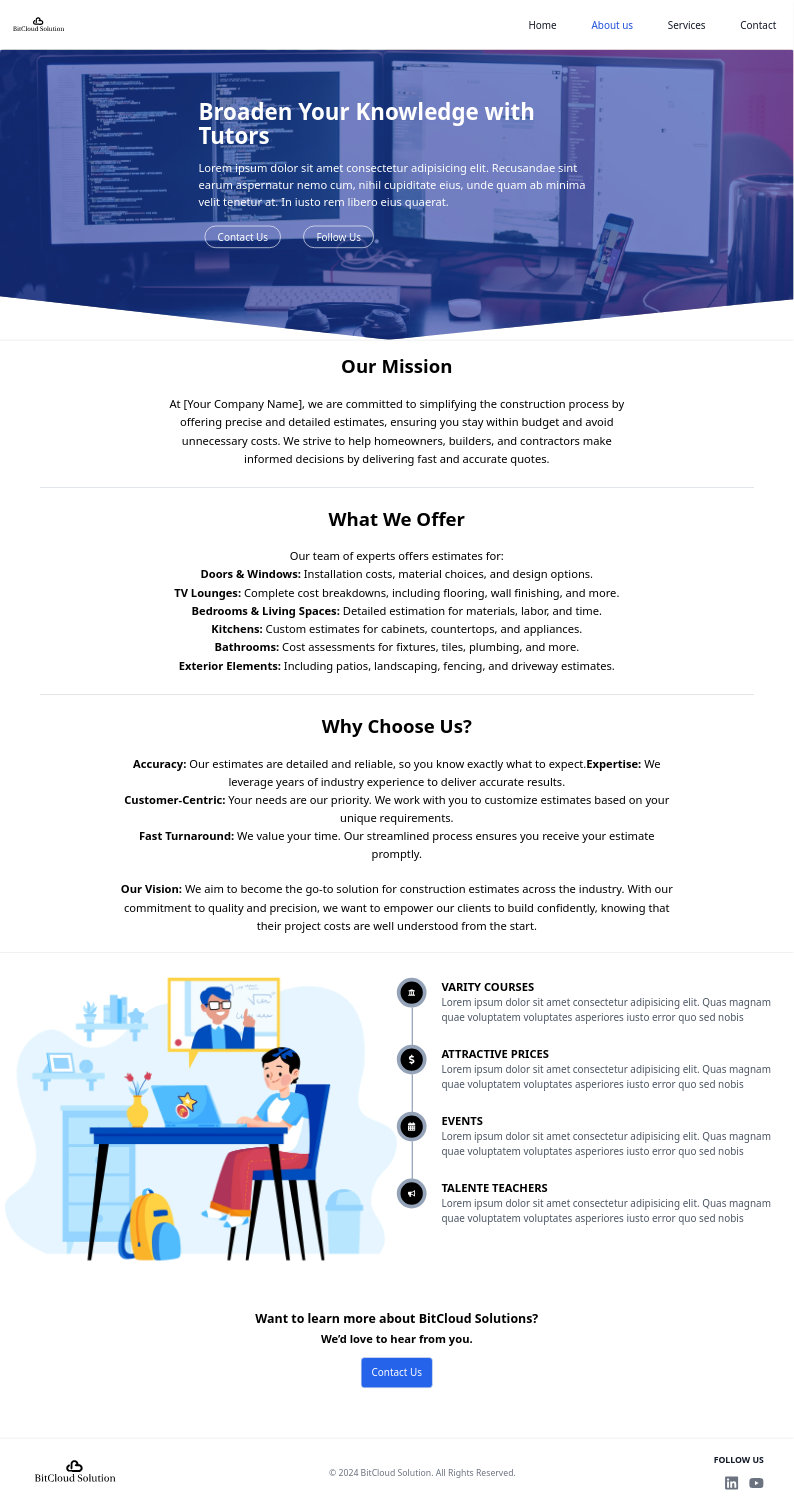
Repository: huzaifaBitCloud/BitCloud-website
Page: /about-us
The author's editor kept a copy of each file at every save. The page is drawn from the files as they stood at one save, then again after the next save.
The browser window is 1280 px wide. The pictures show the whole page, at 62% of full size.
The project was rebuilt for these pictures with package versions that can differ from the ones it lists, and the page was loaded fresh each time. The framework's server and built-in components were replaced by stand-ins that run in the browser. Also part of the build but not shown: next.config.mjs.

Above is the page before, as saved 2025-01-14 12:20:00.

### src/app/about-us/page.tsx
import Layout from "@/components/Layout";
import About from "@/components/About";

const AboutPage = () => {
  return (
    <Layout>
      <About />
    </Layout>
  );
};

export default AboutPage;

### src/app/globals.css
@tailwind base;
@tailwind components;
@tailwind utilities;

.custom-cards-ourClient {
  box-shadow: 0px -10px 10px 2px rgba(221, 223, 226, 1);
  border-radius: 15px;
  background: linear-gradient(180deg, #e9f2e4 0%, #f5f7fa 90%);
}
.custom-card-2-achievements {
  box-shadow: 0px -10px 10px 2px rgba(221, 223, 226, 1);
  border-radius: 15px;
  background: linear-gradient(180deg, #f4d9d0 0%, #f5f7fa 90%);
}
.custom-card-3-achievements {
  box-shadow: 0px -10px 10px 2px rgba(221, 223, 226, 1);
  border-radius: 15px;
  background: linear-gradient(180deg, #e7ebf0, #f5f7fa 90%);
}

:root {
  /* --color-primary: #e9f2e4;
    --color-secondary: #f5f7fa;
*/
  --h-100vh: 100vh;
}

/* ABout CSS */

.btn-about {
  display: inline-block;
  margin: 0 0.625rem;
  padding: 0.3125rem 1.25rem;
  border-radius: 1.25rem;
  background: transparent;
  border: solid 0.0625rem #fff;
  position: relative;
  z-index: 9;
}
.main-hero-about {
  clip-path: polygon(
    50% 0%,
    100% 0,
    100% 35%,
    100% 86%,
    49% 100%,
    0 85%,
    0% 35%,
    0 0
  );
}

/* Services */

.zoomIn {
  -webkit-animation-name: zoomIn;
  animation-name: zoomIn;
  -webkit-animation-duration: 1s;
  animation-duration: 1s;
  -webkit-animation-fill-mode: both;
  animation-fill-mode: both;
}
@-webkit-keyframes zoomIn {
  0% {
    opacity: 0;
    -webkit-transform: scale3d(0.3, 0.3, 0.3);
    transform: scale3d(0.3, 0.3, 0.3);
  }
  50% {
    opacity: 1;
  }
}
@keyframes zoomIn {
  0% {
    opacity: 0;
    -webkit-transform: scale3d(0.3, 0.3, 0.3);
    transform: scale3d(0.3, 0.3, 0.3);
  }
  50% {
    opacity: 1;
  }
}

.card-services {
  border-top: 10px solid transparent;
  transition: border-top-color 0.4s, box-shadow 0.4s;
}

.card-services:hover {
  border-top-color: #2563eb;
  box-shadow: 0px 0px 5px rgba(0, 0, 0, 0.75);
}


@media only screen and (max-width: 760px) {
  .main-hero-about {
    clip-path: polygon(
      50% 0%,
      100% 0,
      100% 35%,
      100% 92%,
      49% 100%,
      0 92%,
      0% 35%,
      0 0
    );
  }
  .main-hero-about {
    height: var(--h-100vh) !important;
  }
  .sub-hero-about {
    text-align: center !important;
    margin: 0 auto !important;
  }
  .mob-btn-about {
    justify-content: center;
  }
  .mob-nav-style{
    position: absolute;
    top: 76%;
    left: 0;
  }
}

### src/components/Layout.tsx
import React from "react";
import { ReactNode } from "react";

import { Navbar } from "./Navbar";
import Footer from "./Footer";

interface LayoutProps {
  children: ReactNode;
}

const Layout = ({children}: LayoutProps) => {
  return (
    <div>
      <Navbar />
      <div className="">{children}</div>
      <Footer />
    </div>
  );
};

export default Layout;

### src/components/About.tsx
"use client";
import { useRouter } from "next/navigation";
import React from "react";
import WhyChooseUs from "./WhyChooseUs";

const About = () => {
  const router = useRouter();

  return (
    <section id="about" className=" w-[100%] mx-auto mb-6">
      {/* HEADINGS */}
      <div
        className="relative text-white text-center py-20 rounded-md bg-cover bg-center lg:h-[65vh] md:h-[70vh] main-hero-about"
        style={{
          backgroundImage: "url('/images/web-developer.jpg')",
        }}
      >
        {/* Overlay */}
        <div className="absolute inset-0 bg-blue-800 bg-opacity-60"></div>

        {/* Content */}
        <div className="relative z-10 sm:w-[100%] md:w-[80%] lg:w-[50%] mx-auto text-left sub-hero-about">
          <h2 className="text-4xl font-bold mb-4">
            Broaden Your Knowledge with Tutors
          </h2>
          <p className="mb-6 text-lg">
            Lorem ipsum dolor sit amet consectetur adipisicing elit. Recusandae
            sint earum aspernatur nemo cum, nihil cupiditate eius, unde quam ab
            minima velit tenetur at. In iusto rem libero eius quaerat.
          </p>
          <div className="flex mob-btn-about gap-4">
            <button
              className="btn-about border border-white px-6 py-2 rounded-md hover:bg-white hover:text-blue-800 transition"
              onClick={() => router.push("/contact")}
            >
              Contact Us
            </button>
            <button
              className="btn-about border border-white px-6 py-2 rounded-md hover:bg-white hover:text-blue-800 transition"
              onClick={() =>
                router.push(
                  "https://www.linkedin.com/company/bitcloud-solution-software/"
                )
              }
            >
              Follow Us
            </button>
          </div>
        </div>
      </div>
      <hr />

      {/* <div className="mt-5 px-2">
        <h2 className="text-3xl font-bold my-6">Our Mission</h2>
        <p className="my-7">
          At [Your Company Name], we are committed to simplifying the
          construction process by offering precise and detailed estimates,
          ensuring you stay within budget and avoid unnecessary costs. We strive
          to help homeowners, builders, and contractors make informed decisions
          by delivering fast and accurate quotes.
        </p>

        <hr />
        <h2 className="text-3xl font-bold text-left my-6">What We Offer</h2>
        <p className="my-7">
          Our team of experts offers estimates for: Doors & Windows:
          Installation costs, material choices, and design options. TV Lounges:
          Complete cost breakdowns, including flooring, wall finishing, and
          more. Bedrooms & Living Spaces: Detailed estimation for materials,
          labor, and time. Kitchens: Custom estimates for cabinets, countertops,
          and appliances. Bathrooms: Cost assessments for fixtures, tiles,
          plumbing, and more. Exterior Elements: Including patios, landscaping,
          fencing, and driveway estimates.
        </p>
        <hr />
        <h2 className="text-3xl font-bold ">Why Choose Us?</h2>
        <p className="my-7 w-[85%]">
          Accuracy: Our estimates are detailed and reliable, so you know exactly
          what to expect. Expertise: We leverage years of industry experience to
          deliver accurate results. Customer-Centric: Your needs are our
          priority. We work with you to customize estimates based on your unique
          requirements. Fast Turnaround: We value your time. Our streamlined
          process ensures you receive your estimate promptly. Our Vision We aim
          to become the go-to solution for construction estimates across the
          industry. With our commitment to quality and precision, we want to
          empower our clients to build confidently, knowing that their project
          costs are well understood from the start.
        </p>
      </div> */}

      <div className="mt-5 px-4 sm:px-6 md:px-10 lg:px-16">
        {/* Our Mission */}
        <div className="text-center">
          <h2 className="text-3xl font-bold my-6">Our Mission</h2>
          <p className="my-7 text-lg leading-relaxed max-w-3xl mx-auto">
            At [Your Company Name], we are committed to simplifying the
            construction process by offering precise and detailed estimates,
            ensuring you stay within budget and avoid unnecessary costs. We
            strive to help homeowners, builders, and contractors make informed
            decisions by delivering fast and accurate quotes.
          </p>
        </div>

        <hr className="my-8 border-gray-300" />

        {/* What We Offer */}
        <div className="text-center">
          <h2 className="text-3xl font-bold my-6">What We Offer</h2>
          <p className="my-7 text-lg leading-relaxed max-w-3xl mx-auto ">
            Our team of experts offers estimates for:
            <br />
            <strong>Doors & Windows:</strong> Installation costs, material
            choices, and design options.
            <br />
            <strong>TV Lounges:</strong> Complete cost breakdowns, including
            flooring, wall finishing, and more.
            <br />
            <strong>Bedrooms & Living Spaces:</strong> Detailed estimation for
            materials, labor, and time.
            <br />
            <strong>Kitchens:</strong> Custom estimates for cabinets,
            countertops, and appliances.
            <br />
            <strong>Bathrooms:</strong> Cost assessments for fixtures, tiles,
            plumbing, and more.
            <br />
            <strong>Exterior Elements:</strong> Including patios, landscaping,
            fencing, and driveway estimates.
          </p>
        </div>

        <hr className="my-8 border-gray-300" />

        {/* Why Choose Us */}
        <div className="text-center">
          <h2 className="text-3xl font-bold my-6">Why Choose Us?</h2>
          <p className="my-7 text-lg leading-relaxed max-w-4xl mx-auto">
            <strong>Accuracy:</strong> Our estimates are detailed and reliable,
            so you know exactly what to expect.
            {/* <br /> */}
            <strong>Expertise:</strong> We leverage years of industry experience
            to deliver accurate results.
            <br />
            <strong>Customer-Centric:</strong> Your needs are our priority. We
            work with you to customize estimates based on your unique
            requirements.
            <br />
            <strong>Fast Turnaround:</strong> We value your time. Our
            streamlined process ensures you receive your estimate promptly.
          </p>
          <p className="my-7 text-lg leading-relaxed max-w-4xl mx-auto">
            <strong>Our Vision:</strong> We aim to become the go-to solution for
            construction estimates across the industry. With our commitment to
            quality and precision, we want to empower our clients to build
            confidently, knowing that their project costs are well understood
            from the start.
          </p>
        </div>
      </div>

      <hr />
      <div className="my-10 ">
        <WhyChooseUs />
      </div>
      <div className="text-center my-20">
        <h3 className="text-xl font-bold">
          Want to learn more about BitCloud Solutions?
        </h3>
        <p className="text-lg font-semibold mt-1">
          We’d love to hear from you.
        </p>
        <button
          className="border bg-blue-600 px-4 py-3 rounded-md text-white hover:bg-blue-700 mt-4"
          onClick={() => router.push("/contact")}
        >
          Contact Us
        </button>
      </div>
    </section>
  );
};

export default About;

### src/components/Navbar.tsx
"use client";
import Image from "next/image";
import Link from "next/link";
import { usePathname } from "next/navigation";
import React, { useState } from "react";

export const Navbar = () => {
  const [menu, setMenu] = useState(false);
  const [servicesDropdown, setServicesDropdown] = useState(false);
  const pathname = usePathname();

  const links = [
    { href: "/", label: "Home" },
    { href: "/about-us", label: "About us" },
    { label: "Services", dropdown: true },
    { href: "/contact", label: "Contact" },
  ];

  const servicesLinks = [
    { href: "/web-development", label: "Web Development" },
    { href: "/mob-development", label: "Mobile Development" },
    { href: "/services/service3", label: "UI/UX Design" },
    { href: "/zoho-crm", label: "Zoho CRM" },
    { href: "/finance-account", label: "Finances & Accounting" },
  ];

  const isActive = (href) => pathname === href;

  return (
    <nav className="border-gray-200 bg-white shadow-md dark:bg-gray-900 dark:border-gray-700">
      <div className="max-w-screen-xl flex flex-wrap items-center justify-between mx-auto p-4 relative">
        <Link href="/" passHref>
          <div className="relative w-24 h-12 cursor-pointer flex items-center space-x-3">
            <Image
              src="/images/logo.svg"
              alt="BitCloud Logo"
              fill
              sizes="(max-width: 768px) 100px, (max-width: 1200px) 50vw, 33vw"
              className="object-contain"
            />
          </div>
        </Link>

        <button
          type="button"
          data-collapse-toggle="navbar-dropdown"
          className="inline-flex items-center p-2 w-10 h-10 justify-center text-sm text-gray-500 rounded-lg md:hidden hover:bg-gray-100 dark:hover:bg-gray-700"
          aria-controls="navbar-dropdown"
          aria-expanded={menu}
          onClick={() => setMenu(!menu)}
        >
          <svg
            className="w-5 h-5"
            aria-hidden="true"
            xmlns="http://www.w3.org/2000/svg"
            fill="none"
            viewBox="0 0 17 14"
          >
            <path
              stroke="currentColor"
              strokeLinecap="round"
              strokeLinejoin="round"
              strokeWidth="2"
              d="M1 1h15M1 7h15M1 13h15"
            />
          </svg>
        </button>

        <div
          className={`${menu ? "block" : "hidden"} w-full md:block md:w-auto mob-nav-style`}
          id="navbar-dropdown"
        >
          <ul className="flex flex-col font-medium p-4 md:p-0 mt-4 border border-gray-100 rounded-lg bg-gray-50 md:flex-row md:space-x-8 md:mt-0 md:border-0 md:bg-white dark:bg-gray-800">
            {links.map(({ href, label, dropdown }) => (
             <li
             key={label}
             className="relative"
             onMouseEnter={dropdown ? () => setServicesDropdown(true) : null}
             onMouseLeave={dropdown ? () => setServicesDropdown(false) : null}
           >
             {dropdown ? (
               <span
                 className="block py-2 px-3 rounded cursor-pointer text-gray-900 dark:text-white"
               >
                 {label}
               </span>
             ) : (
               <Link href={href} passHref>
                 <span
                   className={`block py-2 px-3 rounded cursor-pointer ${
                     isActive(href)
                       ? "text-blue-700 dark:text-blue-500"
                       : "text-gray-900 dark:text-white"
                   }`}
                 >
                   {label}
                 </span>
               </Link>
             )}
             {dropdown && servicesDropdown && (
               <div className="z-50 absolute left-0 top-full w-48 bg-white border border-gray-200 shadow-lg rounded-lg">
                 <ul className="py-2 text-sm text-gray-700 dark:text-gray-400">
                   {servicesLinks.map(({ href, label }) => (
                     <li key={href}>
                       <Link href={href} passHref>
                         <span
                           onClick={() => setServicesDropdown(false)}
                           className="block px-4 py-2 hover:bg-gray-100 dark:hover:bg-gray-600 dark:hover:text-white"
                         >
                           {label}
                         </span>
                       </Link>
                     </li>
                   ))}
                 </ul>
               </div>
             )}
           </li>
            ))}
          </ul>
        </div>
      </div>
    </nav>
  );
};

export default Navbar;

### src/components/Footer.tsx
// import Link from "next/link";
// import { FaLinkedin, FaYoutube } from "react-icons/fa";

// const Footer = () => {
//   const currentYear = new Date().getFullYear(); // Get the current year dynamically

//   return (
//     <footer className="bg-white dark:bg-gray-900 border-t w-full">
//       <div className="container mx-auto px-4 py-6">
//         <div className="flex flex-col md:flex-row md:items-center md:justify-between">
//           {/* Logo Section */}
//           <div className="flex items-center mb-4 md:mb-0 py-6">
//             <img
//               src="/images/logo.svg"
//               alt="BitCloud Logo"
//               className="h-14 mr-3 md:ml-4"
//             />
//           </div>

//           {/* Rights Section */}
//           <div className="text-center mb-4 md:mb-0">
//             <span className="text-sm text-gray-500 dark:text-gray-400">
//               © {currentYear}{" "}
//               <Link
//                 href="https://bitcloudsolution.com/"
//                 className="hover:underline"
//               >
//                 BitCloud Solution
//               </Link>
//               . All Rights Reserved.
//             </span>
//           </div>

//           {/* Follow Us Section */}
//           <div className="flex flex-col items-center md:items-end">
//             <h2 className="mb-4 text-sm font-semibold text-gray-900 uppercase dark:text-white">
//               Follow Us
//             </h2>
//             <div className="flex space-x-4">
//               <Link
//                 href="https://www.linkedin.com/company/bitcloud-solution-software/"
//                 aria-label="LinkedIn"
//                 className="text-gray-500 hover:text-blue-600 dark:hover:text-blue-400"
//               >
//                 <FaLinkedin className="w-6 h-6" />
//               </Link>
//               <Link
//                 href="http://www.youtube.com/@BitCloudSolution"
//                 aria-label="YouTube"
//                 className="text-gray-500 hover:text-red-600 dark:hover:text-red-400"
//               >
//                 <FaYoutube className="w-6 h-6" />
//               </Link>
//             </div>
//           </div>
//         </div>
//       </div>
//     </footer>
//   );
// };

// export default Footer;

import Link from "next/link";
import { FaLinkedin, FaYoutube } from "react-icons/fa";

const Footer = () => {
  const currentYear = new Date().getFullYear(); // Get the current year dynamically

  return (
    <footer className="bg-white dark:bg-gray-900 border-t w-full">
      <div className="container mx-auto px-6 py-6">
        <div className="flex flex-col items-center md:flex-row md:justify-between">
          {/* Logo Section */}
          <div className="flex items-center mb-4 md:mb-0 md:ml-6">
            <Link href='/'>
            <img
              src="/images/logo.svg"
              alt="BitCloud Logo"
              className="h-14 mr-3"
            />
            </Link>
          </div>

          {/* Rights Section */}
          <div className="text-center mb-4 md:mb-0">
            <span className="text-sm text-gray-500 dark:text-gray-400">
              © {currentYear}{" "}
              <Link
                href="https://bitcloudsolution.com/"
                className="hover:underline"
              >
                BitCloud Solution
              </Link>
              . All Rights Reserved.
            </span>
          </div>

          {/* Follow Us Section */}
          <div className="flex flex-col items-center md:items-end md:mr-6">
            <h2 className="mb-4 text-sm font-semibold text-gray-900 uppercase dark:text-white">
              Follow Us
            </h2>
            <div className="flex space-x-4">
              <Link
                href="https://www.linkedin.com/company/bitcloud-solution-software/"
                aria-label="LinkedIn"
                className="text-gray-500 hover:text-blue-600 dark:hover:text-blue-400"
              >
                <FaLinkedin className="w-6 h-6" />
              </Link>
              <Link
                href="http://www.youtube.com/@BitCloudSolution"
                aria-label="YouTube"
                className="text-gray-500 hover:text-red-600 dark:hover:text-red-400"
              >
                <FaYoutube className="w-6 h-6" />
              </Link>
            </div>
          </div>
        </div>
      </div>
    </footer>
  );
};

export default Footer;

### src/components/WhyChooseUs.tsx
import React from "react";
import {
  FaUniversity,
  FaDollarSign,
  FaCalendarAlt,
  FaBullhorn,
} from "react-icons/fa";

const WhyChooseUs = () => {
  const steps = [
    {
      icon: <FaUniversity />,
      title: "VARITY COURSES",
      description:
        "Lorem ipsum dolor sit amet consectetur adipisicing elit. Quas magnam quae voluptatem voluptates asperiores iusto error quo sed nobis",
    },
    {
      icon: <FaDollarSign />,
      title: "ATTRACTIVE PRICES",
      description:
        "Lorem ipsum dolor sit amet consectetur adipisicing elit. Quas magnam quae voluptatem voluptates asperiores iusto error quo sed nobis",
    },
    {
      icon: <FaCalendarAlt />,
      title: "EVENTS",
      description:
        "Lorem ipsum dolor sit amet consectetur adipisicing elit. Quas magnam quae voluptatem voluptates asperiores iusto error quo sed nobis",
    },
    {
      icon: <FaBullhorn />,
      title: "TALENTE TEACHERS",
      description:
        "Lorem ipsum dolor sit amet consectetur adipisicing elit. Quas magnam quae voluptatem voluptates asperiores iusto error quo sed nobis",
    },
  ];

  return (
    <div className="w-[100%] mx-auto mt-6">

      <div className="grid lg:grid-cols-2 xs:grid-cols-1 mx-2">
        <div>
          <img src="/images/about-us.jpg" alt="About us" />
        </div>
        <div className="flex flex-col items-start mx-auto h-[100%]">
          {steps.map((step, index) => (
            <div key={index} className="flex items-start mb-8 relative">
              {/* Vertical Line */}
              {index !== steps.length - 1 && (
                <span className="absolute left-6 top-12 h-20 w-0.5 bg-slate-400"></span>
              )}

              {/* Icon in a circle */}
              <div className="flex justify-center items-center w-12 h-12 p-3 rounded-full bg-black text-white border-[6px] border-slate-400">
                {step.icon}
              </div>

              {/* Title and Description */}
              <div className="ml-6">
                <h3 className="text-lg font-bold">{step.title}</h3>
                <p className="text-gray-600">{step.description}</p>
              </div>
            </div>
          ))}
        </div>
      </div>
    </div>
  );
};

export default WhyChooseUs;

Loaded but not shown: src/app/layout.tsx (common file); tailwind.config.ts (common file)

After the next save:
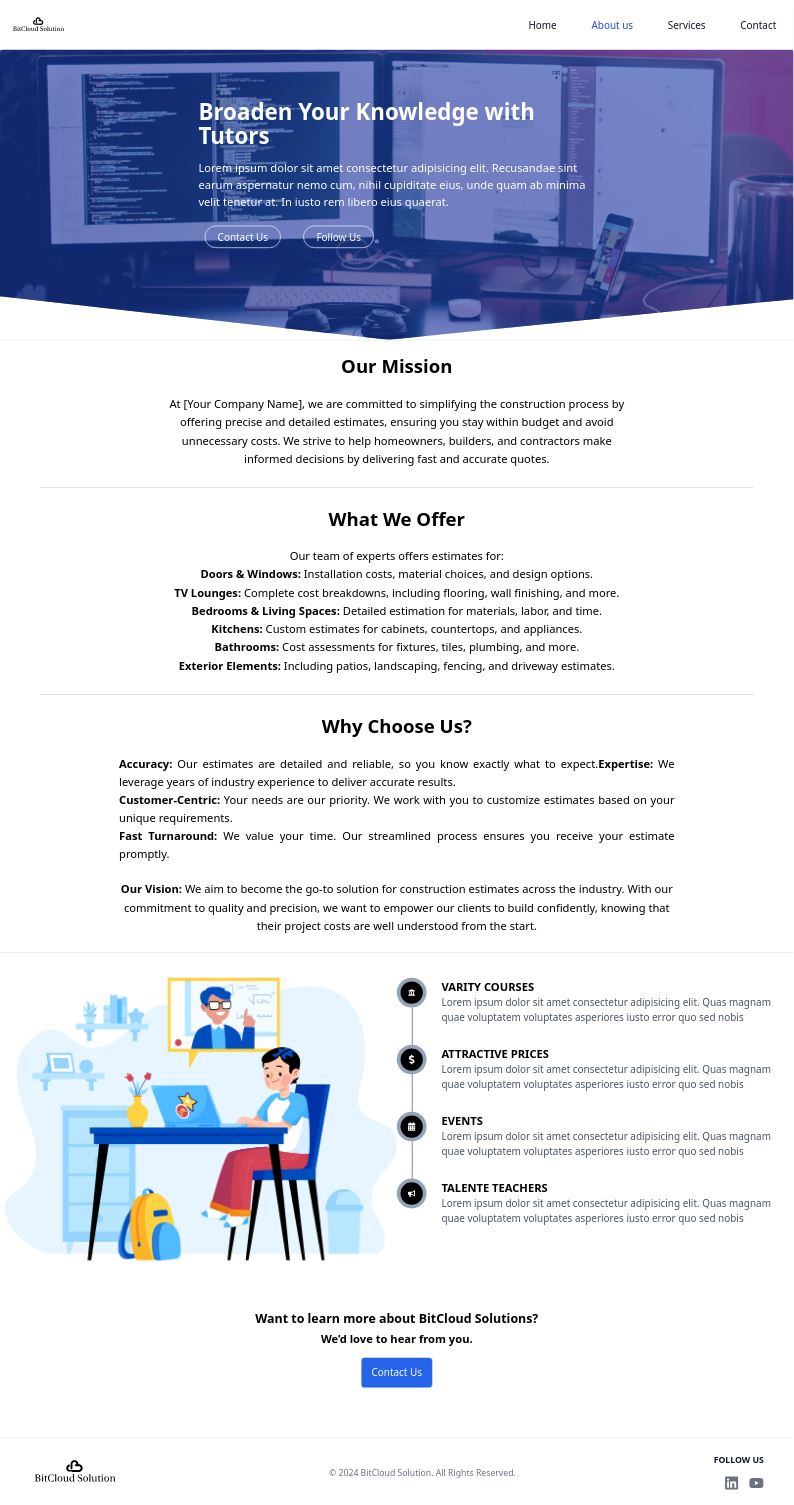
Saved 19 s later.
--- a/src/components/About.tsx
+++ b/src/components/About.tsx
@@ -134,7 +134,7 @@
         {/* Why Choose Us */}
         <div className="text-center">
           <h2 className="text-3xl font-bold my-6">Why Choose Us?</h2>
-          <p className="my-7 text-lg leading-relaxed max-w-4xl mx-auto">
+          <p className="my-7 text-lg leading-relaxed max-w-4xl mx-auto text-justify">
             <strong>Accuracy:</strong> Our estimates are detailed and reliable,
             so you know exactly what to expect.
             {/* <br /> */}
